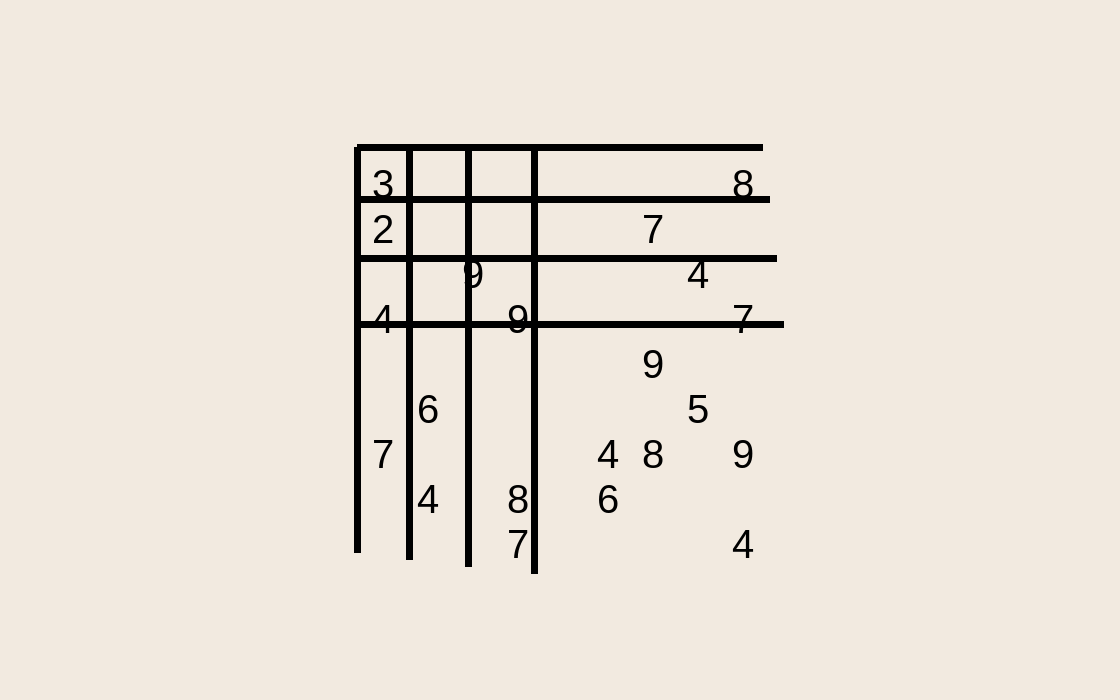
Repository: JensVL96/Puzzle-solver-for-fun
Script's output: python sudoku.py
An editor plug-in stored every save of this project. The script's output is shown before and after the next save, followed by the edit.
The window is shown after at most 60 frames with no key pressed. A system font it names is replaced by a similar one. Random numbers start from a fixed seed.

Above is the script's output before, as saved 2020-11-07 21:56:33.

After the next save:
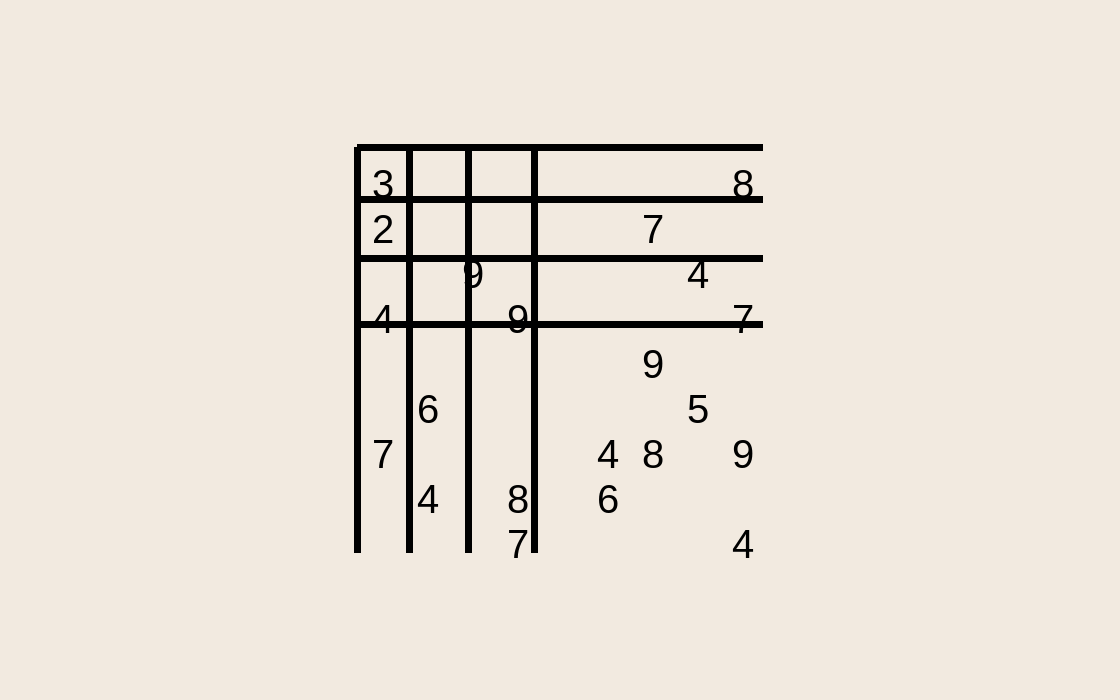
Saved 69 s later.
--- a/display_board.py
+++ b/display_board.py
@@ -62,12 +62,12 @@ class Display_board():
             print("Start vertical: ", check_diffY, "end: ", TOPLy_coord)
             pg.draw.line(self.screen, BLACK, (TOP_LX,
                                             TOPLy_coord),
-                                            (TOP_RX + size,
+                                            (TOP_RX,
                                             TOPRy_coord), thick)
             pg.draw.line(self.screen, BLACK, (TOPLx_coord,
                                             TOP_LY),
                                             (BOTLx_coord,
-                                            BOT_LY + size), thick)
+                                            BOT_LY), thick)
 
             # For candidate placement
             # if i % 3 == 0:
